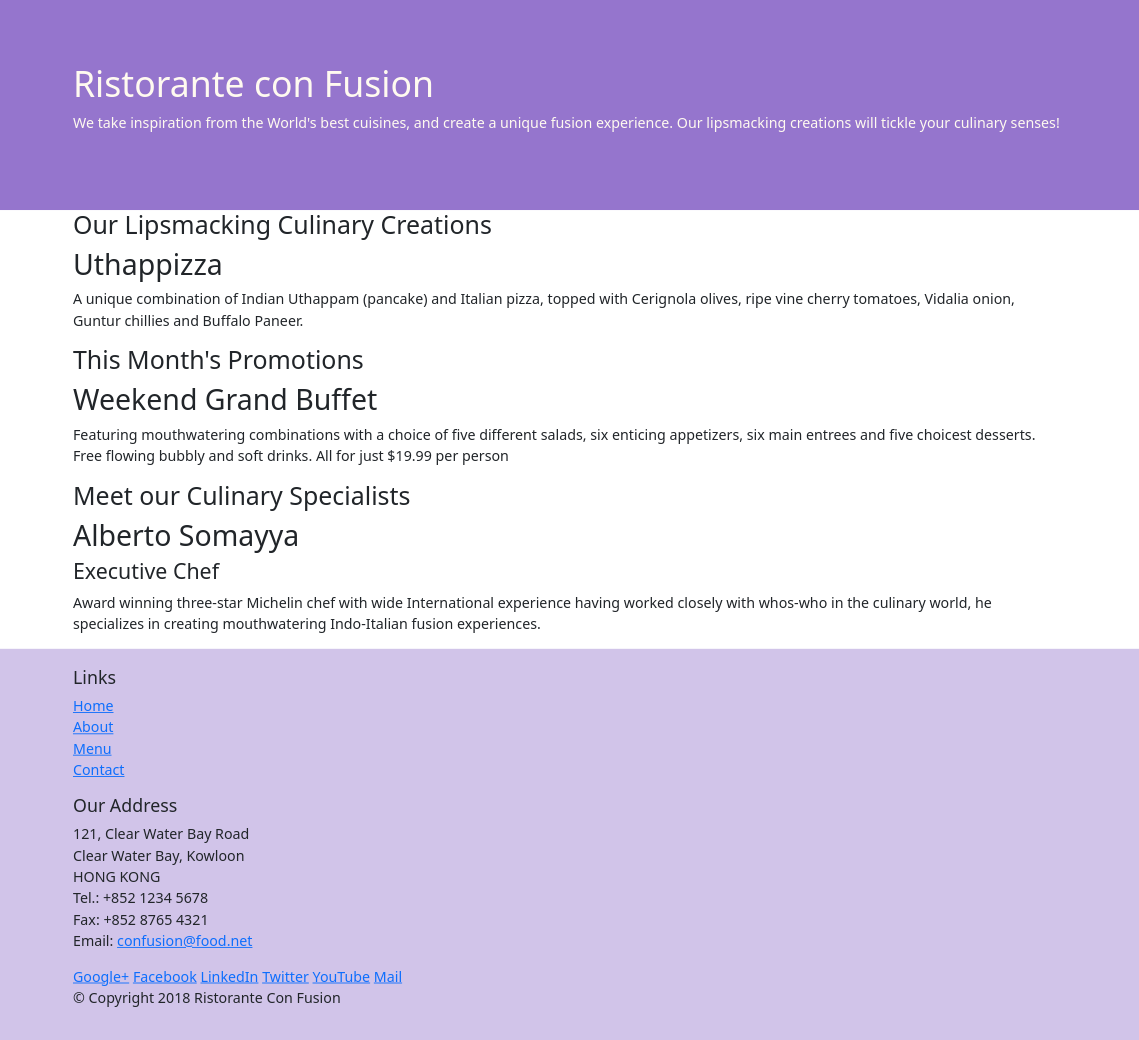
Repository: devjeremyjake/confusion
Page: index.html
The author's editor kept a copy of each file at every save. The page is drawn from the files as they stood at one save, then again after a run of saves.
The browser window is 1280 px wide. The pictures show the whole page, at 89% of full size.
Some web libraries are served in a nearby version.

Above is the page before, as saved 2020-01-30 15:38:33.

### index.html
<!DOCTYPE html>
<html lang="en">
<head>
    <meta charset="UTF-8">
    <meta name="viewport" content="width=device-width, initial-scale=1.0">
    <meta http-equiv="X-UA-Compatible" content="ie=edge">
    <title>Ristorante Con Fusion</title>
    <link rel="stylesheet" href="node_modules/bootstrap/dist/css/bootstrap.min.css">
    <link rel="stylesheet" href="css/style.css">
</head>

<body>

   <header class="jumbotron">
        <div class="container">
            <div class="row row-header>
                <div class="col-12 col-sm-6">
                    <h1>Ristorante con Fusion</h1>
                    <p>We take inspiration from the World's best cuisines, and create a unique fusion experience. Our lipsmacking creations will tickle your culinary senses!</p>
                </div>
                <div class="col-12 col-sm">
                </div>
            </div>
        </div>
    </header>

    <div class="container">
        <div class="row row-header">
            <div>
                <h3>Our Lipsmacking Culinary Creations</h3>
            </div>
            <div>
                <h2>Uthappizza</h2>
                <p>A unique combination of Indian Uthappam (pancake) and Italian pizza, topped with Cerignola olives, ripe vine cherry tomatoes, Vidalia onion, Guntur chillies and Buffalo Paneer.</p>
            </div>
        </div>


        <div class="row row-header">
            <div>
                <h3>This Month's Promotions</h3>
            </div>
            <div>
                <h2>Weekend Grand Buffet</h2>
                <p>Featuring mouthwatering combinations with a choice of five different salads, six enticing appetizers, six main entrees and five choicest desserts. Free flowing bubbly and soft drinks. All for just $19.99 per person </p>
            </div>
        </div>

        <div class="row row-header">
            <div>
                <h3>Meet our Culinary Specialists</h3>
            </div>
            <div>
                <h2>Alberto Somayya</h2>
                <h4>Executive Chef</h4>
                <p>Award winning three-star Michelin chef with wide International experience having worked closely with whos-who in the culinary world, he specializes in creating mouthwatering Indo-Italian fusion experiences. </p>
            </div>
        </div>
    </div>

    <footer class="footer">
        <div class=" container">
            <div>
                <div>
                    <h5>Links</h5>
                    <ul class="list-unstyled">
                        <li><a href="#">Home</a></li>
                        <li><a href="#">About</a></li>
                        <li><a href="#">Menu</a></li>
                        <li><a href="#">Contact</a></li>
                    </ul>
                </div>
                <div>
                    <h5>Our Address</h5>
                    <address>
		              121, Clear Water Bay Road<br>
		              Clear Water Bay, Kowloon<br>
		              HONG KONG<br>
		              Tel.: +852 1234 5678<br>
		              Fax: +852 8765 4321<br>
		              Email: <a href="mailto:confusion@food.net">confusion@food.net</a>
		           </address>
                </div>
                <div>
                    <div>
                        <a href="http://google.com/+">Google+</a>
                        <a href="http://www.facebook.com/profile.php?id=">Facebook</a>
                        <a href="http://www.linkedin.com/in/">LinkedIn</a>
                        <a href="http://twitter.com/">Twitter</a>
                        <a href="http://youtube.com/">YouTube</a>
                        <a href="mailto:">Mail</a>
                    </div>
                </div>
           </div>
           <div>
                <div>
                    <p>© Copyright 2018 Ristorante Con Fusion</p>
                </div>
           </div>
        </div>
    </footer>

    <script src="node_modules/jquery/dist/jquery.slim.min.js"></script>
    <script src="node_modules/popper.js/dist/umd/popper.min.js"></script>
    <script src="node_modules/bootstrap/dist/js/bootstrap.min.js"></script>
</body>

</html>

### css/style.css
.row-header {
    margin: px auto;
    padding: 0px;
}

.row-content {
    margin: 0px auto;
    padding: 50px 0px 50px 0px;
    border-bottom: 1px ridge;
    min-height: 400px;
}

.footer {
    background-color: #D1C4E9;
    margin: 0px auto;
    padding: 20px 0px 20px 0px;
}

.jumbotron {
    padding: 70px 30px 70px 30px;
    margin: 0px auto;
    background: #9575CD;
    color: floralwhite;
}

address {
    font-size: ;
}

After the next 3 saves:
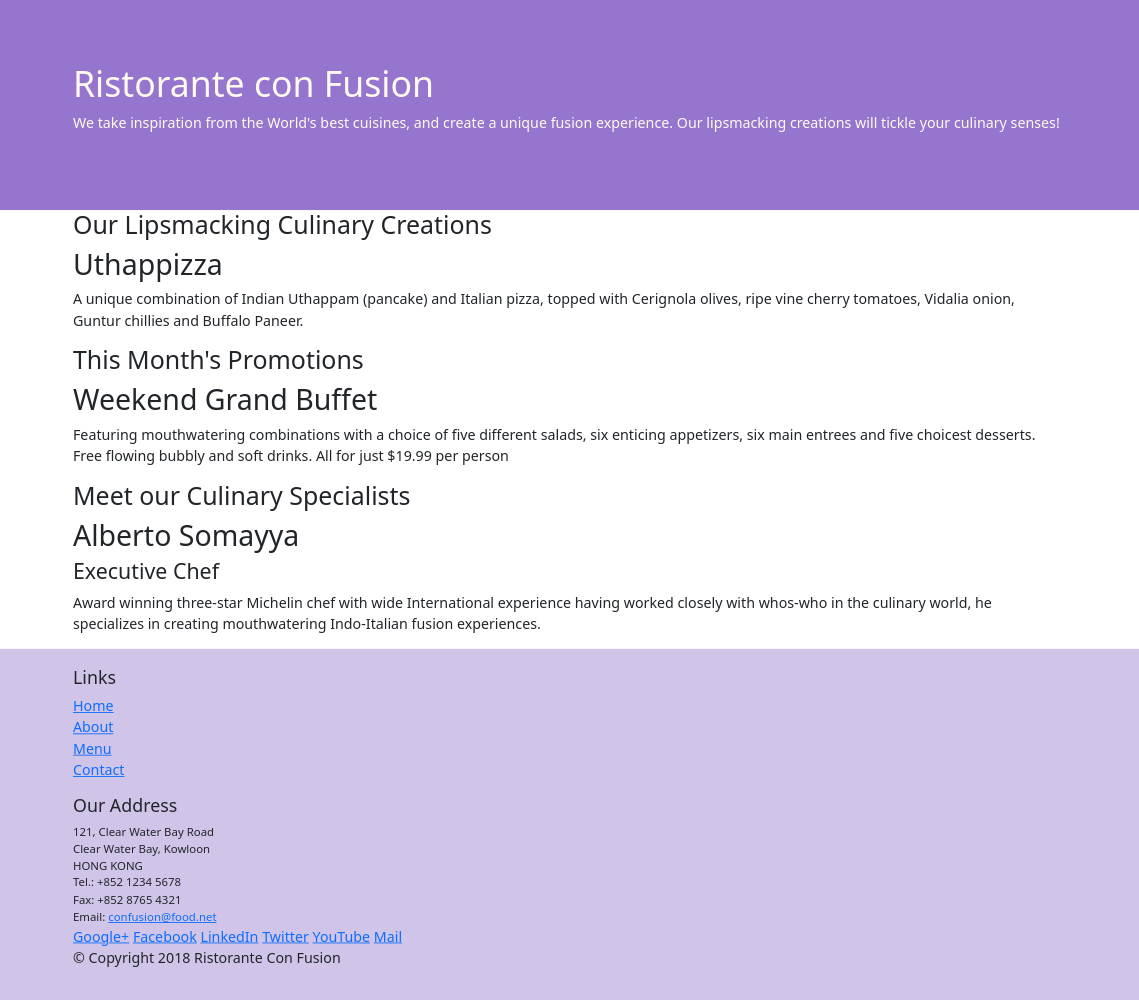
The 3 saves are shown as one change because they came seconds apart.
The last was saved 9 s later.
--- a/css/style.css
+++ b/css/style.css
@@ -24,5 +24,6 @@
 }
 
 address {
-    font-size: ;
+    font-size: 80%;
+    margin: 0px;
 }
